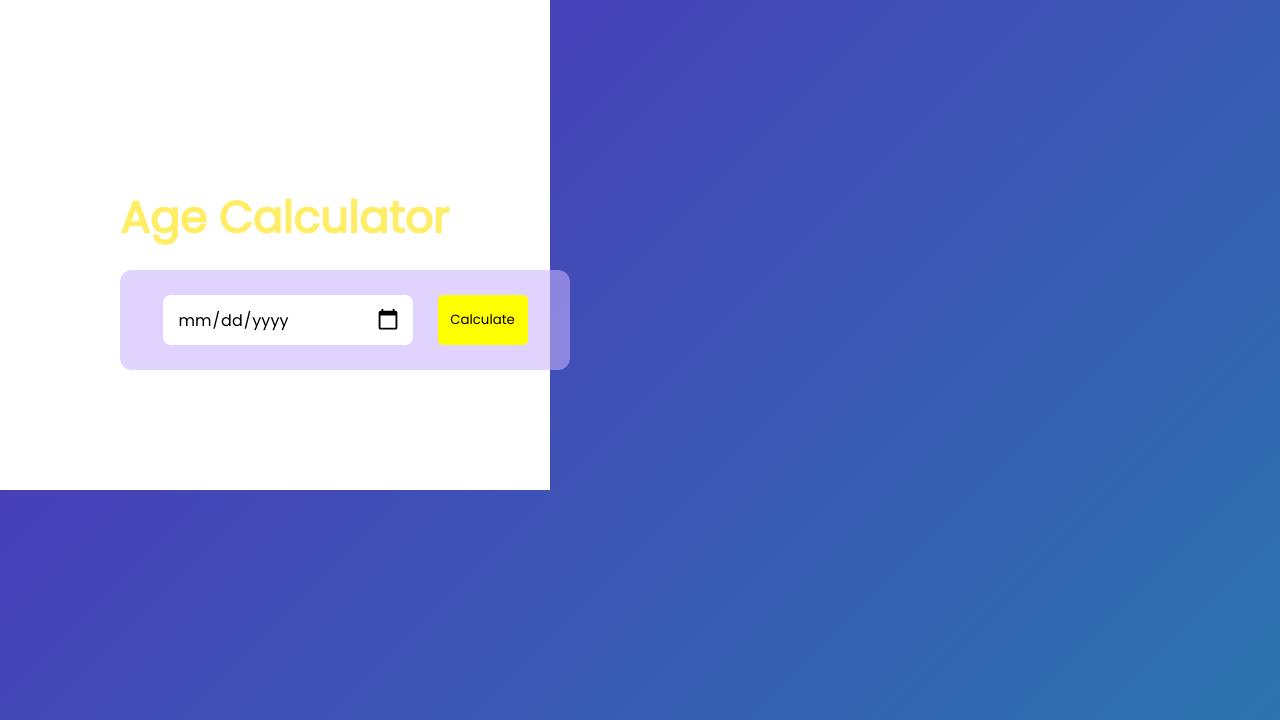
Repository: Ankitkr2021/Age-Calculator
Page: index.html
An editor plug-in stored every save of this project. The page is shown before and after the next save, followed by the edit.
The browser window is 1280 px wide. The pictures show the whole page.

Above is the page before, as saved 2025-10-05 12:34:26.

After the next save:
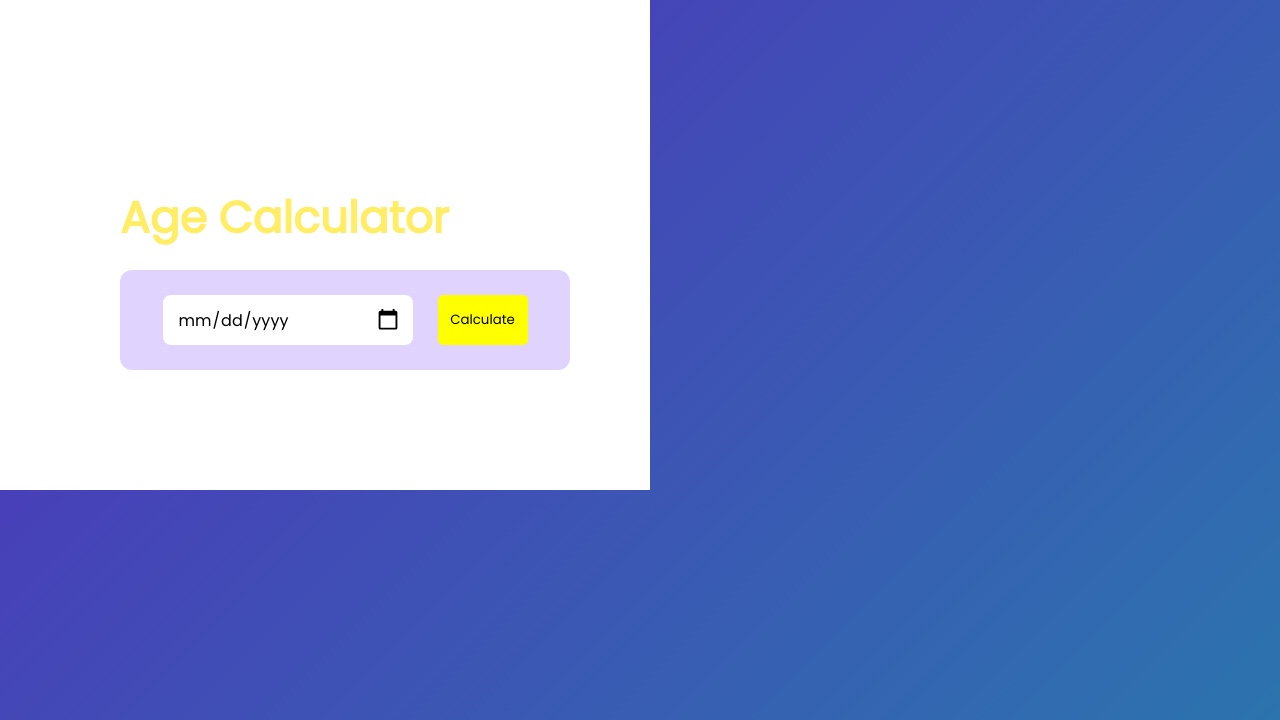
Saved 7 s later.
--- a/style.css
+++ b/style.css
@@ -15,7 +15,7 @@ body{
 
 .main{
     background: #fff;
-    width: 550px;
+    width: 650px;
     padding: 40px;
 }
 
